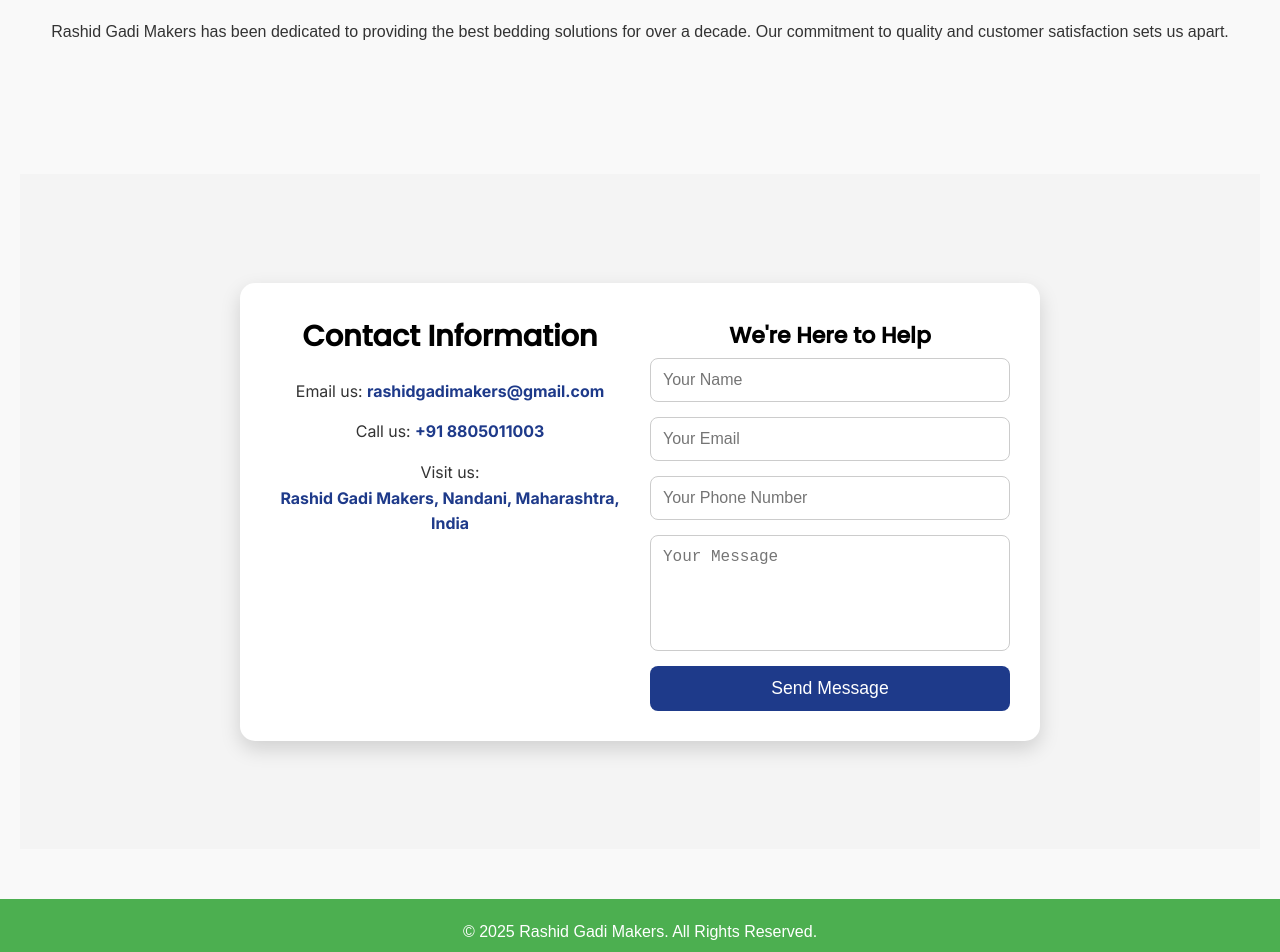
Repository: nadafgroup/rashidgadiUI
Page: src/home.html
The author's editor kept a copy of each file at every save. The page is drawn from the files as they stood at one save, then again after the next save.
The browser window is 1280 px wide. The pictures show the part of the page from y = 1999 to 2951 px (the page is 2964 px tall).
A picture or video elsewhere on the page could not be fetched, so the positions and the page height are approximate.

Above is the page before, as saved 2025-01-24 13:15:05.

After the next save:
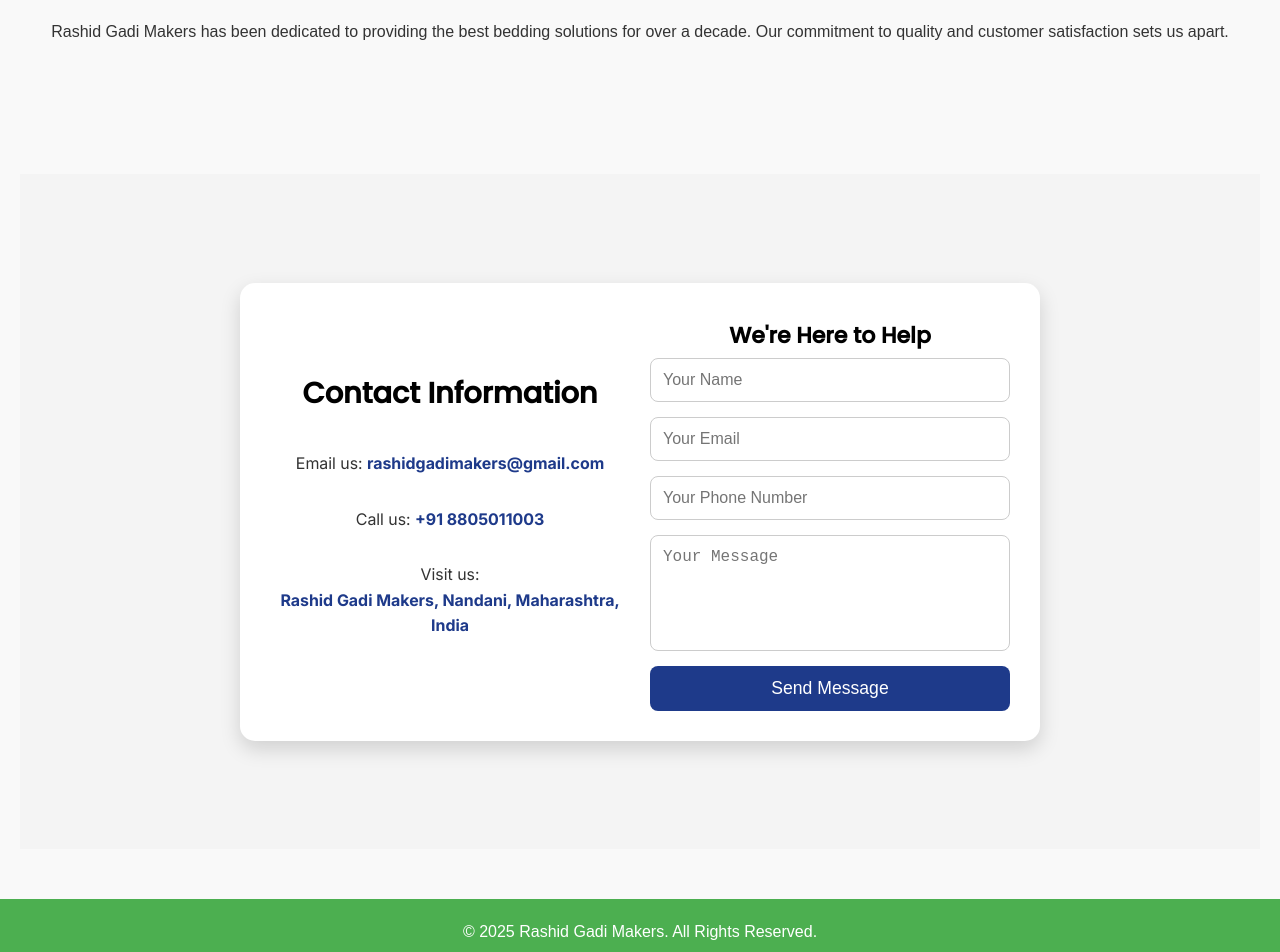
Saved 51 s later.
--- a/src/home.css
+++ b/src/home.css
@@ -355,6 +355,10 @@ footer {
 .contact-card .left-section {
     flex: 1;
     min-width: 300px;
+    display: flex;
+    justify-content: center;
+    align-items:left;
+    flex-direction: column;
 }
 
 .contact-card .left-section h2 {

After the save that followed:
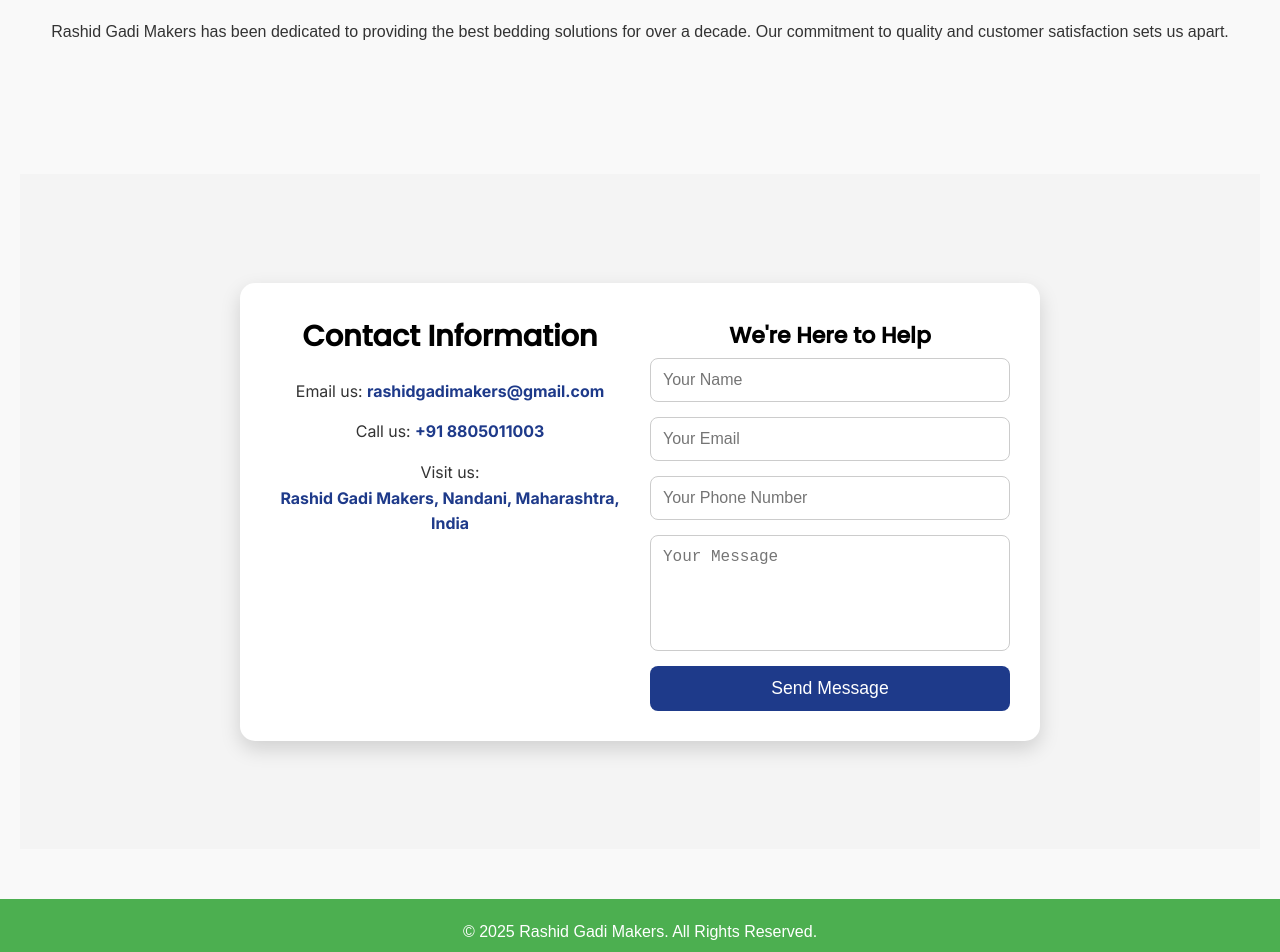
Saved 17 s later.
--- a/src/home.css
+++ b/src/home.css
@@ -355,10 +355,7 @@ footer {
 .contact-card .left-section {
     flex: 1;
     min-width: 300px;
-    display: flex;
-    justify-content: center;
-    align-items:left;
-    flex-direction: column;
+
 }
 
 .contact-card .left-section h2 {
